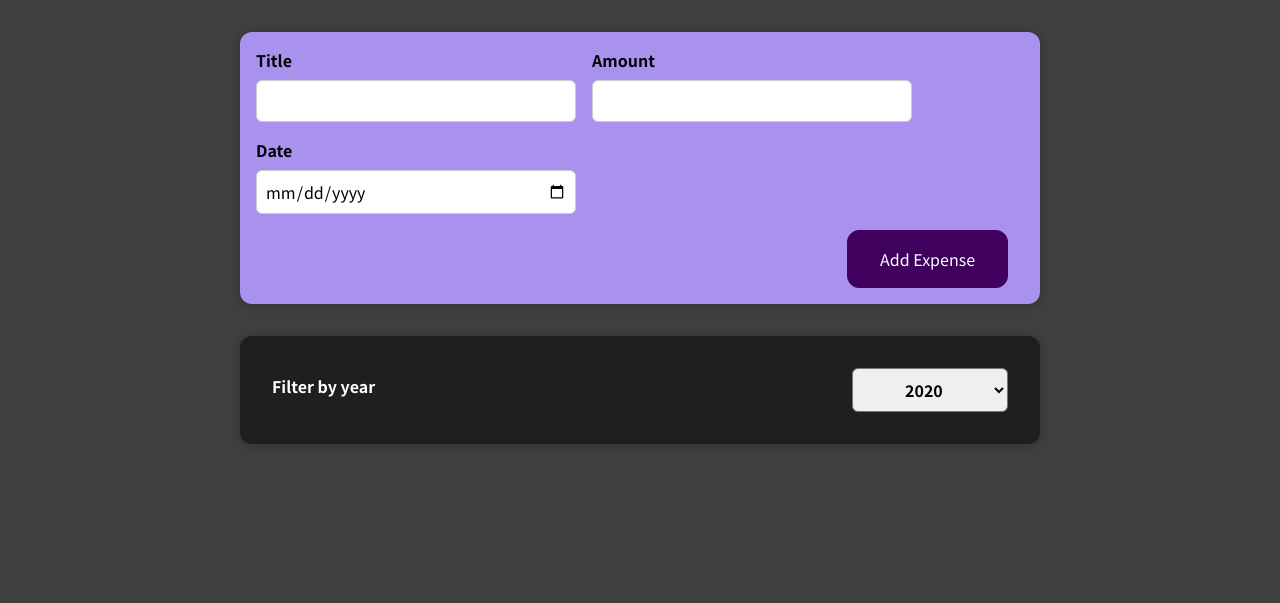
Repository: Samkiroko/expense-tracker-react
Page: /
These files come from the project's save history. The page is drawn as it stood at one moment and after a run of saves; the edit follows.
The browser window is 1280 px wide. The pictures show the whole page.
The project was rebuilt for these pictures with package versions that can differ from the ones it lists, and the page was loaded fresh each time.

Above is the page before, as saved 2021-06-15 08:07:27.

After the next 3 saves:
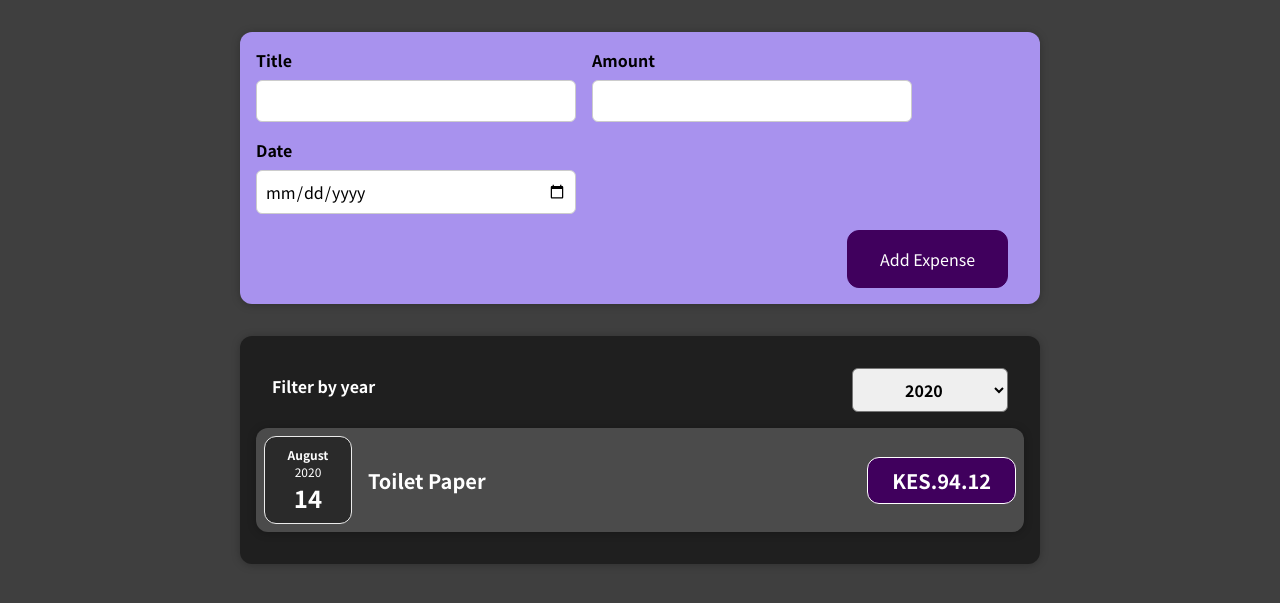
The 3 saves are shown as one change because 2 did not build or start.
The last was saved 3 min 49 s later.
--- a/src/components/Expenses/ExpensesList.js
+++ b/src/components/Expenses/ExpensesList.js
@@ -4,12 +4,16 @@ import ExpenseItem from './ExpenseItem'
 
 const ExpensesList = (props) => {
   let expensesContent = <p>No expenses found</p>
-  if (props.items.length > 0) {
-    expensesContent = props.items.map((expenses) => (
-      <ExpenseItem key={expenses.id} title={expenses.title} amount={expenses.amount} date={expenses.date} />
-    ))
+  if (props.items.length === 0) {
+    return <h2 className='expenses-list__fallback'>Found no expenses.</h2>
   }
-  return <ul className='expenses-list'></ul>
+  return (
+    <ul className='expenses-list'>
+      {props.items.map((expenses) => (
+        <ExpenseItem key={expenses.id} title={expenses.title} amount={expenses.amount} date={expenses.date} />
+      ))}
+    </ul>
+  )
 }
 
 export default ExpensesList
